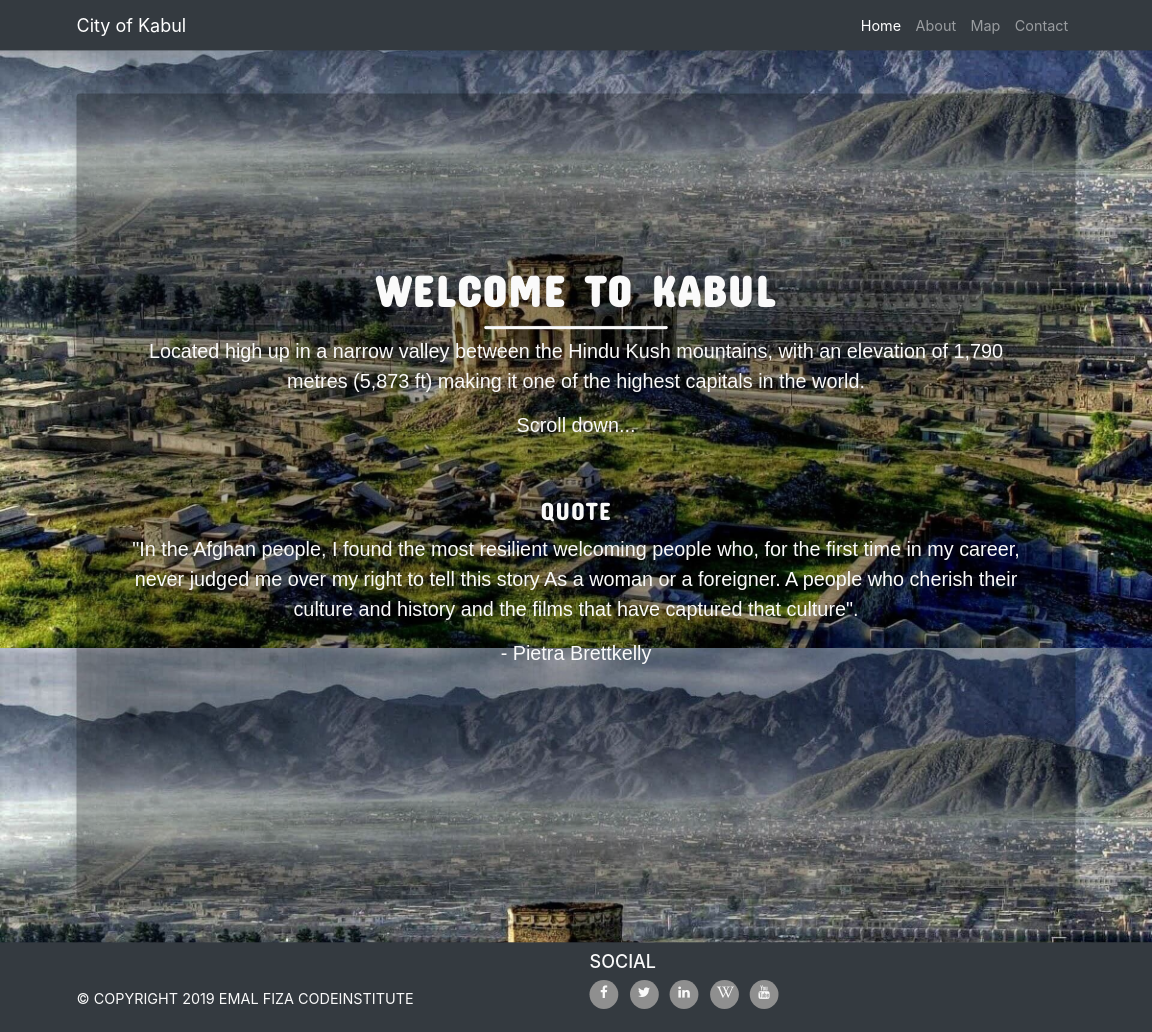
Repository: emalfiza/project-kabul
Page: index.html
The author's editor kept a record of every edit. The page is drawn from the files as they stood at one moment, then again after the next edit.
The browser window is 1280 px wide. The pictures show the whole page, at 90% of full size.
Backgrounds fixed to the window are drawn as part of the page. Some web fonts or font styles are not loaded; a fallback is used. Some web libraries are served in a nearby version.

Above is the page before.

### index.html
<!DOCTYPE html>
<html lang="en">

<head>
  <meta charset="UTF-8">
  <meta name="viewport" content="width=device-width, initial-scale=1.0">
  <meta http-equiv="X-UA-Compatible" content="ie=edge">
  <link rel="stylesheet" href="https://stackpath.bootstrapcdn.com/bootstrap/4.3.1/css/bootstrap.min.css" type="text/css" />
  <link rel="stylesheet" href="https://stackpath.bootstrapcdn.com/font-awesome/4.7.0/css/font-awesome.min.css" type="text/css" />
  <link rel="stylesheet" href="assets/css/style.css" type="text/css" />
  <title>City of Kabul</title>
</head>

<body id="body">
  <header>

    <!--Navbar for the landing page of city of kabul. It's a Bootstrap navbar-->

    <nav class="navbar navbar-expand-lg navbar-dark bg-dark static-top mb-5 shadow">
      <div class="container">
        <a class="navbar-brand" href="index.html">City of Kabul</a>
        <button class="navbar-toggler" type="button" data-toggle="collapse" data-target="#navbarResponsive" aria-controls="navbarResponsive" aria-expanded="false" aria-label="Toggle navigation">
          <span class="navbar-toggler-icon"></span>
        </button>
        <div class="collapse navbar-collapse" id="navbarResponsive">
          <ul class="navbar-nav ml-auto">
            <li class="nav-item active">
              <a class="nav-link" href="index.html">Home
                <span class="sr-only">(current)</span>
              </a>
            </li>
            <li class="nav-item">
              <a class="nav-link" href="about.html">About</a>
            </li>
            <li class="nav-item">
              <a class="nav-link" href="map.html">Map</a>
            </li>
            <li class="nav-item">
              <a class="nav-link" href="contact.html">Contact</a>
            </li>
          </ul>
        </div>
      </div>
    </nav>
  </header>

  <!--Page Content-->

  <section>
    <div class="container">
      <div class="card border-0 shadow my-5">
        <div class="card-body p-5">
          <div class="context">
            <h1>Welcome To Kabul</h1>
            <hr>
            <p>Located high up in a narrow valley between the Hindu Kush mountains, with an elevation of 1,790 metres (5,873 ft) making it one of the highest capitals in the world.</p>
            <p>Scroll down...</p>
          </div>
          <div class="quote" style="height: 400px">
            <h3>Quote</h3>
            <P>"In the Afghan people, I found the most resilient welcoming people who, for the first time in my career, never judged me over my right to tell this story
            As a woman or a foreigner. A people who cherish their culture and history and the films that have captured that culture".</P>
            <p>- Pietra Brettkelly</p>
          </div>
        </div>
      </div>
    </div>
  </section>

  <!--Footer-->

  <footer class="container-fluid footer">
    <div class="container">
      <div class="row">
        <div class="col-sm-6">
          <p class="uppercase general-sub special">&copy; Copyright 2019 Emal Fiza CodeInstitute</p>
        </div>
        <div class="col-sm-6">
          <h5 class="uppercase general-sub">Social</h5>
          <ul class="list-inline social-links">
            <li class="list-inline-item">
              <a target="_blank" href="https://www.facebook.com/places/Things-to-do-in-Kabul-Afghanistan/102164239825190/">
              <i class="fa fa-facebook" aria-hidden="true"></i>
              <span class="sr-only">Facebook</span>
            </a>
            </li>
            <li class="list-inline-item">
              <a target="_blank" href="https://twitter.com/kabulnewstv">
              <i class="fa fa-twitter" aria-hidden="true"></i>
              <span class="sr-only">Twitter</span>
            </a>
            </li>
            <li class="list-inline-item">
              <a target="_blank" href="#">
              <i class="fa fa-linkedin" aria-hidden="true"></i>
              <span class="sr-only">LinkedIn</span>
            </a>
            </li>
            <li class="list-inline-item">
              <a target="_blank" href="https://en.wikipedia.org/wiki/Kabul">
              <i class="fa fa-wikipedia-w" aria-hidden="true"></i>
              <span class="sr-only">Wikipedia</span>
            </a>
            </li>
            <li class="list-inline-item">
              <a target="_blank" href="https://www.youtube.com/watch?v=JuWQ4T8p5m0">
              <i class="fa fa-youtube" aria-hidden="true"></i>
              <span class="sr-only">YouTube</span>
            </a>
            </li>
          </ul>
        </div>
      </div>
    </div>

  </footer>
  <script src="https://code.jquery.com/jquery-3.2.1.slim.min.js" integrity="sha384-KJ3o2DKtIkvYIK3UENzmM7KCkRr/rE9/Qpg6aAZGJwFDMVNA/GpGFF93hXpG5KkN" crossorigin="anonymous"></script>
  <script src="https://cdnjs.cloudflare.com/ajax/libs/popper.js/1.12.9/umd/popper.min.js" integrity="sha384-ApNbgh9B+Y1QKtv3Rn7W3mgPxhU9K/ScQsAP7hUibX39j7fakFPskvXusvfa0b4Q" crossorigin="anonymous"></script>
  <script src="https://maxcdn.bootstrapcdn.com/bootstrap/4.0.0/js/bootstrap.min.js" integrity="sha384-JZR6Spejh4U02d8jOt6vLEHfe/JQGiRRSQQxSfFWpi1MquVdAyjUar5+76PVCmYl" crossorigin="anonymous"></script>
</body>

</html>

### assets/css/style.css
@import url('https://fonts.googleapis.com/css?family=Concert+One|Grenze&display=swap:100,200,300,400,500,600,700,800|Grenze:100,200,300,400,500,600,700,800');


/* --
,------.                  ,--.    ,------.,--.
|  .---',--,--,--. ,--,--.|  |    |  .---'`--',-----. ,--,--.
|  `--, |        |' ,-.  ||  |    |  `--, ,--.`-.  / ' ,-.  |
|  `---.|  |  |  |\ '-'  ||  |    |  |`   |  | /  `-.\ '-'  |
`------'`--`--`--' `--`--'`--'    `--'    `--'`-----' `--`--'


The bellow body css imported from the startbootstrap.com
for the full background image of the landing page---------------*/

#body {
  background: url("../images/kabul.jpg") no-repeat center center fixed;
  background-size: cover;
  -webkit-background-size: cover;
  -moz-background-size: cover;
  -o-background-size: cover;
}

.img-fluid {
  margin-bottom: 18px;
}

/* --Navbar-----------------------------------------------------*/

.navbar-brand {
  color: #fafafa;
}

/* --Heading-----------------------------------------------------*/

.context {
  margin-top: 14%;
}

.context h1 {
  font-family: "Concert One", sans-serif;
  font-weight: bolder;
  text-align: center;
  letter-spacing: 2px;
  text-transform: uppercase;
  font-size: 48px;
  color: #fafafa;
  margin-bottom: 10px;
}

.context p {
  font-family: "Grenze", sans-serif;
  font-size: 22px;
  color: #fafafa;
  text-align: center;
}

.quote h3 {
  font-family: "Concert One", sans-serif;
  text-align: center;
  letter-spacing: 1px;
  text-transform: uppercase;
  color: #fafafa;
  margin-top: 62px;
  margin-bottom: 10px;
}

.quote p {
  font-family: "Grenze", sans-serif;
  font-size: 22px;
  color: #fafafa;
  text-align: center;
}

.section-heading {
  font-family: "Concert One", sans-serif;
  text-align: center;
}

.card {
  background-color: rgba(0, 0, 0, 0.3);
}

/* --Horizontal line under the heading--------------------------*/

hr {
  width: 20%;
  display: block;
  margin-top: 0.5em;
  margin-bottom: 0.5em;
  margin-left: auto;
  margin-right: auto;
  border-style: double;
  border-width: 1px;
  border-radius: 2px;
  height: 2px;
  color: #fafafa;
  background-color: #fafafa;
}

/* --Main content-----------------------------------------------*/

.section-paragraph {
  font-family: "Grenze", sans-serif;
  margin: 0 0 18px 0;
  text-align: justify;
  font-weight: 400;
  font-size: 22px;
  color: #4a4a4f;
}

.list-group {
  margin-bottom: 18px;
  padding: 0;
  font-family: "Concert One", sans-serif;
  font-weight: 600;
  color: #212529;
}

.info {
  font-family: "Concert One", sans-serif;
  color: #4a4a4f;
}

.contact {
  margin-top: 32px;
}

.message {
  width: 100%;
  height: 200px;
  border: 1px solid #ced4da;
  padding: .375rem .75rem;
  color: #495057;
  border-radius: .25rem;
}

.btn {
  margin-bottom: 22px;
}

/* --Map for the map page---------------------------------------*/

.map {
  margin: 0;
  padding: 0;
  height: 100vh;
}


/* --Form for the contact page----------------------------------*/

.form-control:focus {
  border-color: #DC3545;
  box-shadow: 0 0 0 0.2rem rgba(220,53,69,.25);
}

/* --Footer-----------------------------------------------------*/

footer {
  background-color: #343a40!important;
  color: #fafafa;
  min-height: 100px;
}

.footer {
  position: initial;
  left: 0;
  bottom: 0;
  width: 100%;
}

.uppercase {
  text-transform: uppercase;
}

/* --The font-family for the general-sub I copied from the bootsratp navbar "DevTool" of my home page
because I wanted my footer font family to match my navbar--*/

.general-sub {
  font-family: -apple-system, BlinkMacSystemFont, "Segoe UI", Roboto, "Helvetica Neue",
  Arial, "Noto Sans", sans-serif, "Apple Color Emoji", "Segoe UI Emoji", "Segoe UI Symbol", "Noto Color Emoji";
  margin-top: 10px;
}

.special {
  margin-left: 0px;
  margin-top: 50px;
}

.social-links {
  padding: 0;
}

.social-links li a i {
  position: relative;
  width: 32px;
  height: 32px;
  padding: 8px;
  border-radius: 50%;
  font-size: 15px;
  line-height: 12px;
  text-align: center;
  color: #fafafa;
  background-color: #8f8f8f;
  transition: all 0.40s ease-in-out;
  -moz-transition: all 0.40s ease-in-out;
  -webkit-transition: all 0.40s ease-in-out;
  -o-transition: all 0.40s ease-in-out;
}

.social-links li a i:hover {
  background-color: #252525;
}

After the next edit:
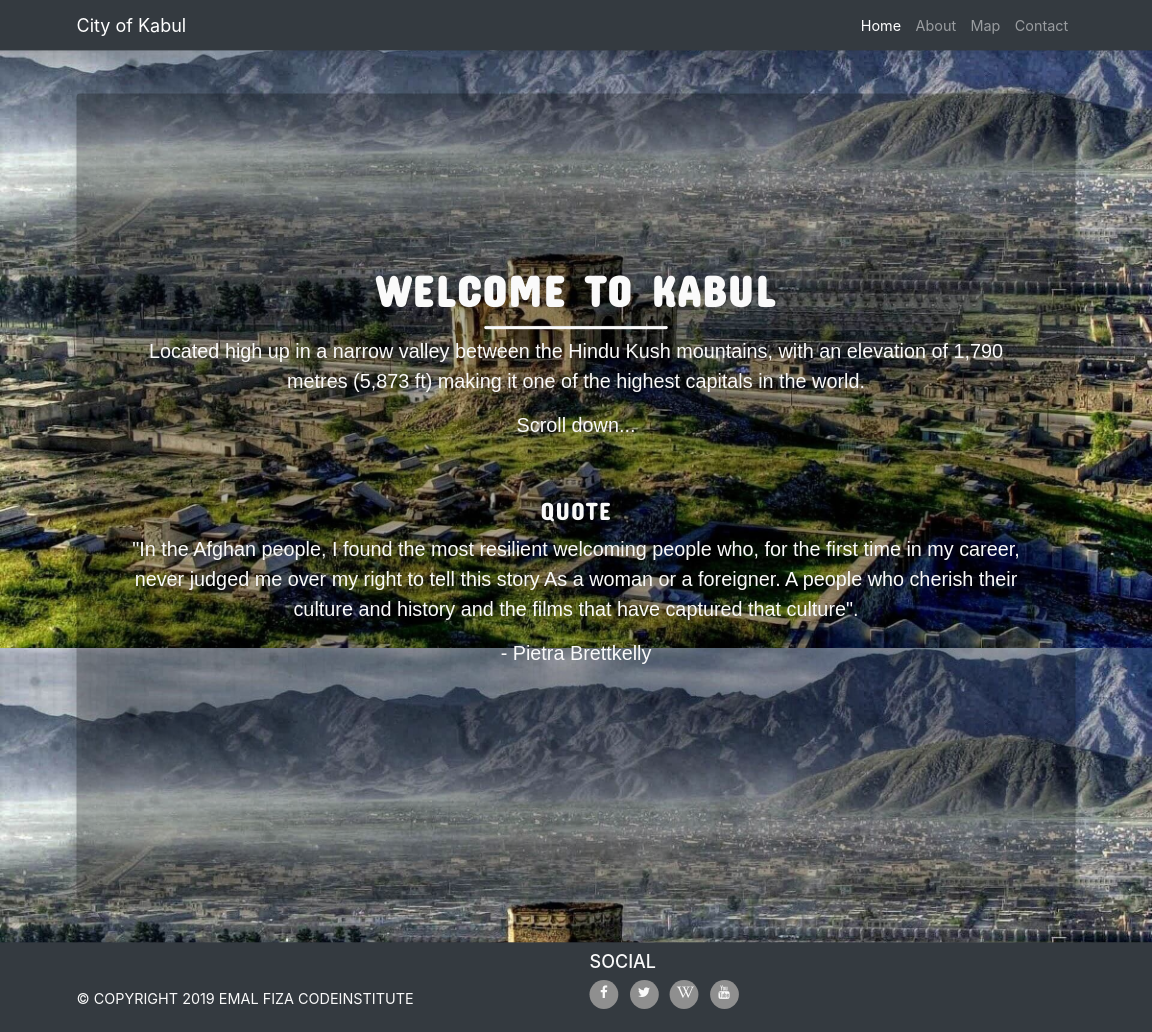
The edit:
--- a/index.html
+++ b/index.html
@@ -91,12 +91,6 @@
             </a>
             </li>
             <li class="list-inline-item">
-              <a target="_blank" href="#">
-              <i class="fa fa-linkedin" aria-hidden="true"></i>
-              <span class="sr-only">LinkedIn</span>
-            </a>
-            </li>
-            <li class="list-inline-item">
               <a target="_blank" href="https://en.wikipedia.org/wiki/Kabul">
               <i class="fa fa-wikipedia-w" aria-hidden="true"></i>
               <span class="sr-only">Wikipedia</span>
